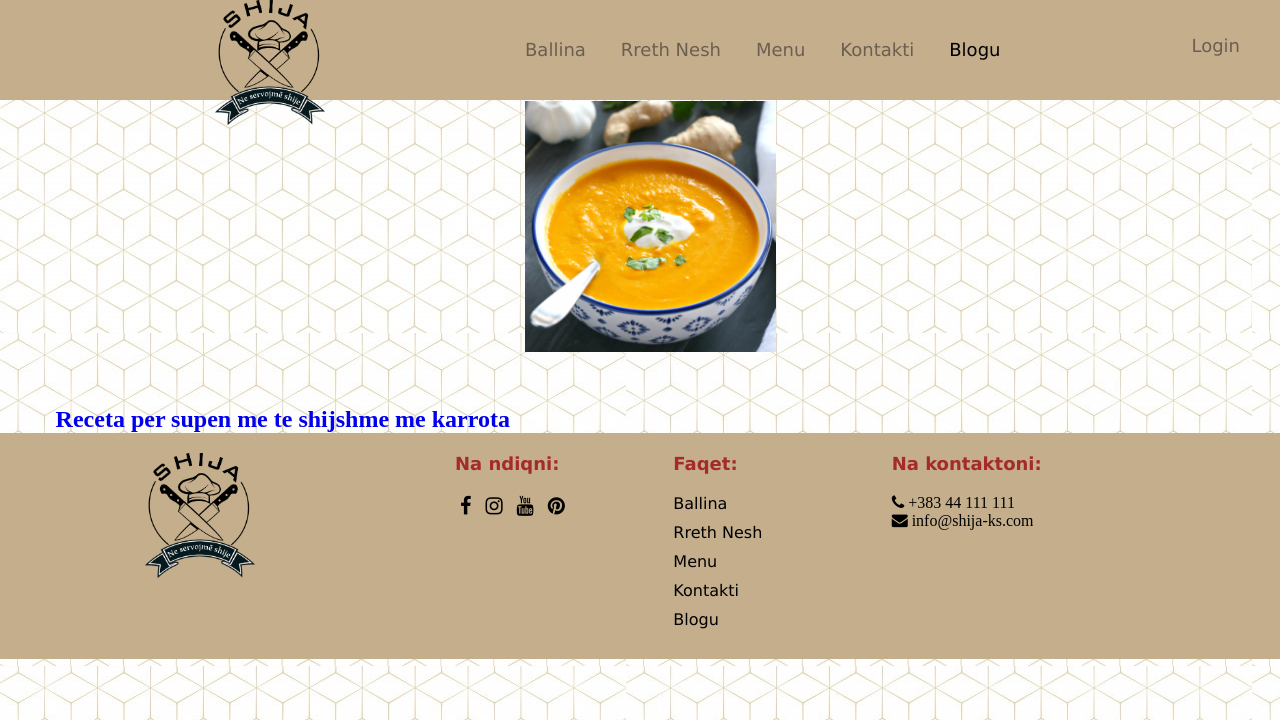
Repository: bs47892/ProjektiWeb-Shija2020
Page: http://localhost/blog.html
These files come from the project's save history. The page is drawn as it stood at one moment and after the next save; the edit follows.
The browser window is 1280 px wide. The pictures show the whole page.
Some web fonts or font styles are not loaded; a fallback is used. The page is run by PHP 8.4 with error messages shown; the project is at /var/www/html/.

Above is the page before, as saved 2021-03-09 19:58:55.

After the next save:
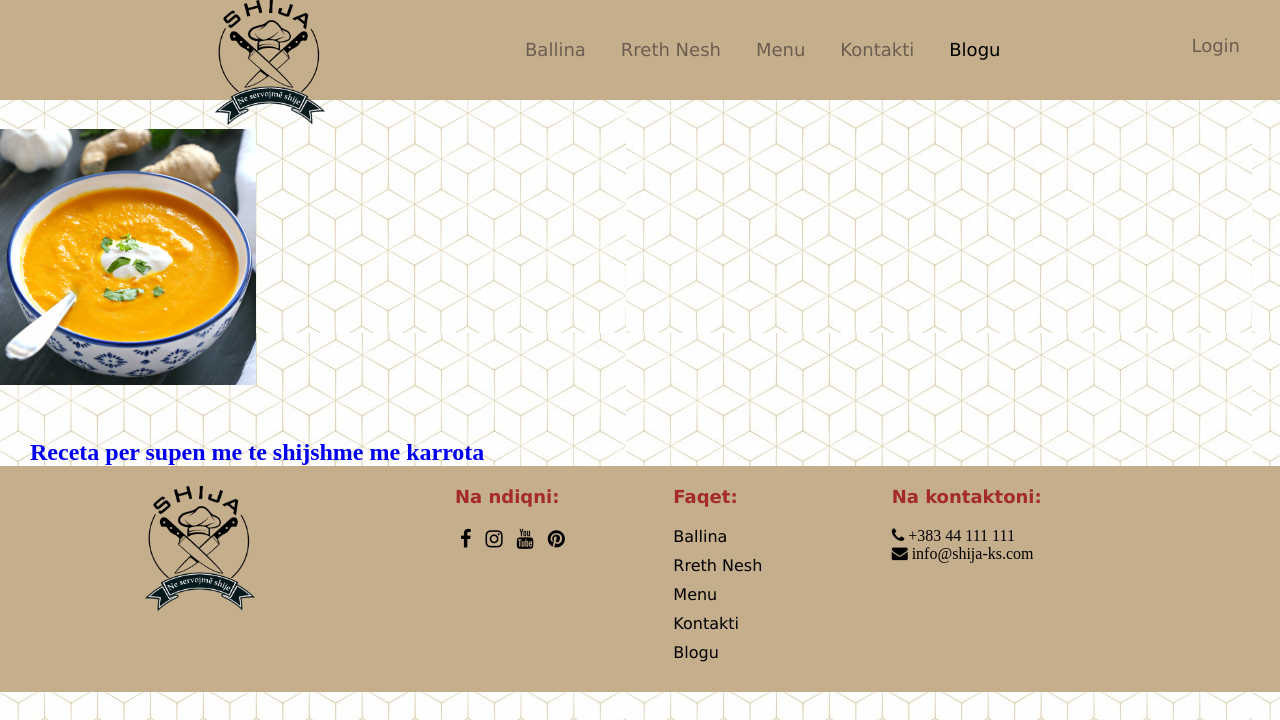
Saved 3 min 46 s later.
--- a/style.css
+++ b/style.css
@@ -530,12 +530,14 @@ font-family: 'EB Garamond', serif;
   /*CSS per faqe blog*/
 
   .artikuj {
-    margin-left: 2%;
+      clear: both;
+      margin-left: 0;
+
+
+
   }
   .artikuj img{
       max-height: 20%;
       max-width: 20%;
 
-
-
-  }
+  }
